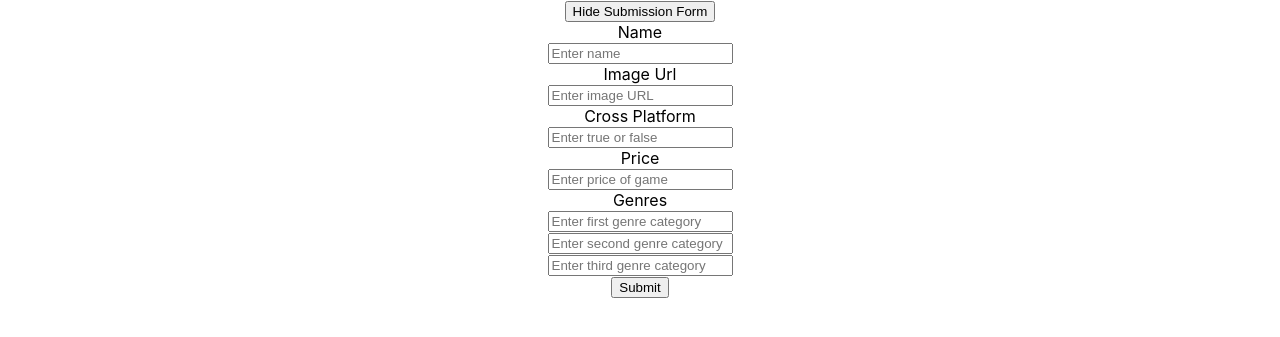
Repository: The-Software-Guild/assessment-2-react-nj10deadend
Page: / (app in Part-2/React-section/frontend/), after clicking the first element matching `button`
These files come from the project's save history. The page is drawn as it stood at one moment and after the next save; the edit follows.
The browser window is 1280 px wide. The pictures show the whole page.
The page's requests for data from a server got no answer. The project was rebuilt for these pictures with package versions that can differ from the ones it lists, and the page was loaded fresh each time. No one was signed in, and anything a server would have sent is missing. Also part of the build but not shown: Part-2/React-section/frontend/src/components/GameCards.js.

Above is the page before, as saved 2021-12-19 11:08:18.

After the next save:
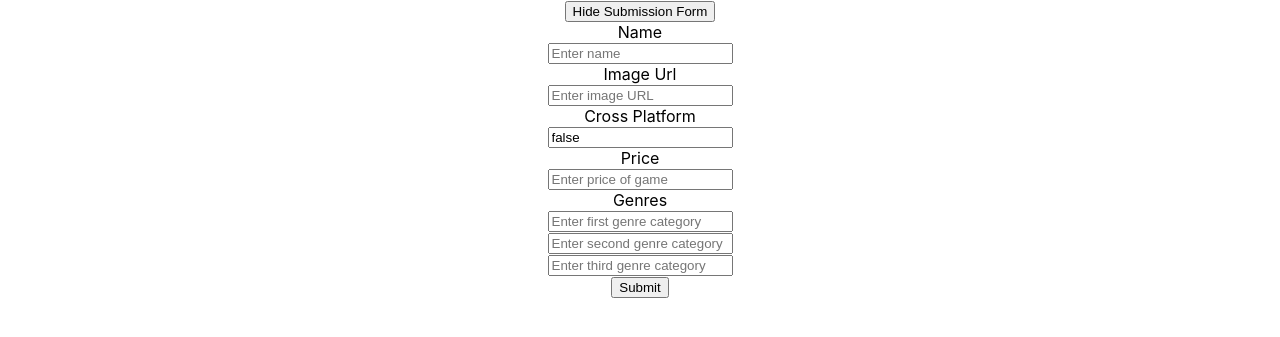
Saved 51 s later.
--- a/Part-2/React-section/frontend/src/components/AddGameForm.js
+++ b/Part-2/React-section/frontend/src/components/AddGameForm.js
@@ -28,17 +28,17 @@ function AddGameForm () {
                     <div>
                         <label for="name">Name</label>
                         <br></br>
-                        <input type="text" name="name" placeholder="Enter name" id="name" />
+                        <input type="text" name="name" placeholder="Enter name" id="name" value={formData.name} />
                     </div>
                     <div>
                         <label for="img">Image Url</label>
                         <br></br>
-                        <input type="text" name="img" placeholder="Enter image URL" id="img" />
+                        <input type="text" name="img" placeholder="Enter image URL" id="img" value={formData.img}/>
                     </div>
                     <div>
                         <label for="cross platform">Cross Platform</label>
                         <br></br>
-                        <input type="text" name="cross platform" placeholder="Enter true or false" id="cross_platform" />
+                        <input type="text" name="cross platform" placeholder="Enter true or false" id="cross_platform" value={formData.cross_platform}/>
                     </div>
                     <div>
                         <label for="price">Price</label>
